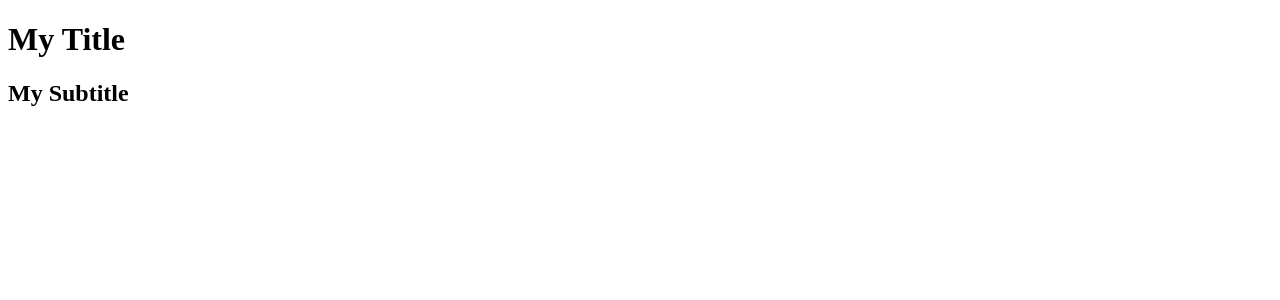
Repository: binhphanbp/WEB2064_JavaScript-Advanced_WD20305
Page: lesson/lesson3/lesson3.html
These files come from the project's save history. The page is drawn as it stood at one moment and after the next save; the edit follows.
The browser window is 1280 px wide. The pictures show the whole page.

Above is the page before, as saved 2025-09-19 11:04:00.
Console error: SyntaxError: Identifier 'h1' has already been declared

### lesson/lesson3/lesson3.html
<!DOCTYPE html>
<html lang="en">
  <head>
    <meta charset="UTF-8" />
    <meta name="viewport" content="width=device-width, initial-scale=1.0" />
    <title>Document</title>
    <script src="./lesson3.js" defer></script>
  </head>
  <body>
    <h1 id="title">My Title</h1>

    <h2>My Subtitle</h2>

    <script src="./lesson3.js"></script>
  </body>
</html>

### lesson/lesson3/lesson3.js
//? Lấy phần tử theo ID -> getElementById
const h1 = document.getElementById('title');
console.log(h1);
// h1.innerText = 'Hello thầy Hiện';
console.log(title);
//! Lưu ý: Khi đặt id cho một thẻ, chính id đó được tự động tạo thành một biến, trả về phần tử đó mà không cần dùng getElementByID. Nhưng không nên dùng, vì nó sẽ gây khó hiểu, nhiều người không biết biến đó sinh ra từ đâu -> dùng getElementByID

//? Lấy phần tử theo Tag/Class name
//* getElementsByTagName trả về một HTMLCollection (gần giống như Array)
const h2 = document.getElementsByTagName('h2');
console.log(h2);

After the next save:
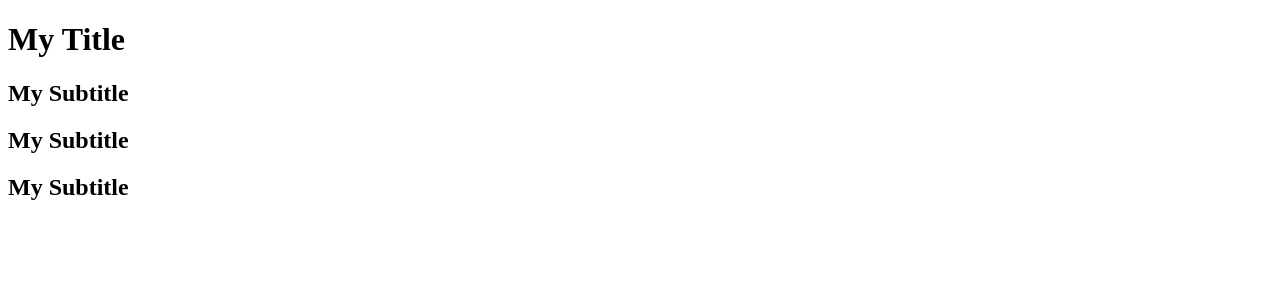
Saved 11 s later.
--- a/lesson/lesson3/lesson3.html
+++ b/lesson/lesson3/lesson3.html
@@ -10,6 +10,8 @@
     <h1 id="title">My Title</h1>
 
     <h2>My Subtitle</h2>
+    <h2>My Subtitle</h2>
+    <h2>My Subtitle</h2>
 
     <script src="./lesson3.js"></script>
   </body>
